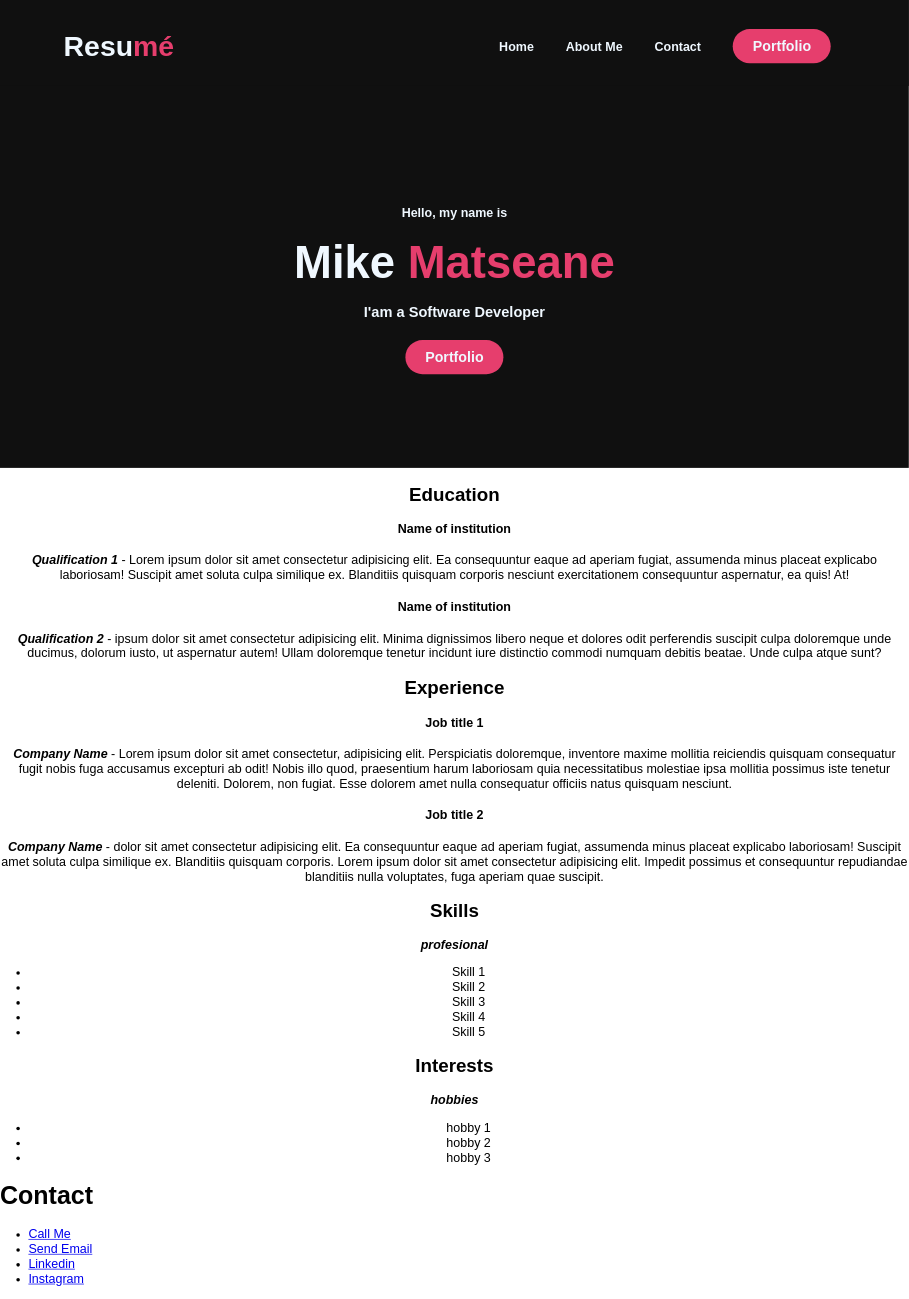
Repository: mikempho/Resume1
Page: resume1.html
The author's editor kept a copy of each file at every save. The page is drawn from the files as they stood at one save, then again after the next save.
The browser window is 1280 px wide. The pictures show the whole page, at 71% of full size.

Above is the page before, as saved 2022-03-29 10:25:57.

### resume1.html
<html lang="en">
<head>
    <meta charset="UTF-8">
    <meta http-equiv="X-UA-Compatible" content="IE=edge">
    <meta name="viewport" content="width=device-width, initial-scale=1.0">
    <link rel="stylesheet" href="./css/stylesheet.css">
    <title>Mike Matseane</title>
</head>
<body>

    <section>

        <div class="hero">
            <!-- Navigation Bar -->
            <nav class="navbar">
                <h2 class="resume-logo">Resu<span>mé</span></h2>
                <ul>
                    <li><a href="resume1.html">Home</a></li>
                    <li><a href="#education">About Me</a></li>
                    <li><a href="#contact-info">Contact</a></li>
                    <li><a href="#"><span class="call-to-action">Portfolio</span></a></li>
                </ul>
            </nav>

            <div class="intro">
                <!-- <img src="" alt="Profile-Img"> -->
                <h4>Hello, my name is </h4>
                <h1 class="name">Mike <span>Matseane</span></h1>
                <h3>I'am a Software Developer</h3>
                <a href="#"><span class="call-to-action">Portfolio</span></a>
            </div>

        </div>

        <main>
            <!-- Education Section -->

            <div class="first-main-section">
                <div id="education">
                    <h2>Education</h2>
                    <div class="container">
                        <h4>Name of institution</h4>
                        <p><strong><em>Qualification 1</em></strong> - Lorem ipsum dolor sit amet consectetur adipisicing elit. Ea consequuntur eaque ad aperiam fugiat, assumenda minus placeat explicabo laboriosam! Suscipit amet soluta culpa similique ex. Blanditiis quisquam corporis nesciunt exercitationem consequuntur aspernatur, ea quis! At!</p>
                    </div>
                    <div class="container">
                        <h4>Name of institution</h4>
                        <p><strong><em>Qualification 2</em></strong> - ipsum dolor sit amet consectetur adipisicing elit. Minima dignissimos libero neque et dolores odit perferendis suscipit culpa doloremque unde ducimus, dolorum iusto, ut aspernatur autem! Ullam doloremque tenetur incidunt iure distinctio commodi numquam debitis beatae. Unde culpa atque sunt?</p>
                    </div>
                </div>

                <!-- Experience Section-->
                <div id="experience">
                    <h2>Experience</h2>
                    <div class="container">
                        <h4>Job title 1</h4>
                        <p><strong><em>Company Name</em></strong> - Lorem ipsum dolor sit amet consectetur, adipisicing elit. Perspiciatis doloremque, inventore maxime mollitia reiciendis quisquam consequatur fugit nobis fuga accusamus excepturi ab odit! Nobis illo quod, praesentium harum laboriosam quia necessitatibus molestiae ipsa mollitia possimus iste tenetur deleniti. Dolorem, non fugiat. Esse dolorem amet nulla consequatur officiis natus quisquam nesciunt.</p>
                    </div>
                    <div class="container">
                        <h4>Job title 2</h4>
                        <p><strong><em>Company Name</em></strong> - dolor sit amet consectetur adipisicing elit. Ea consequuntur eaque ad aperiam fugiat, assumenda minus placeat explicabo laboriosam! Suscipit amet soluta culpa similique ex. Blanditiis quisquam corporis. Lorem ipsum dolor sit amet consectetur adipisicing elit. Impedit possimus et consequuntur repudiandae blanditiis nulla voluptates, fuga aperiam quae suscipit.</p>
                    </div>
                </div>
            </div>
            <!-- Skills Section -->
            <div id="skills">
                <h2>Skills</h2>
                <div>
                    <p><strong><em>profesional</em></strong></p>
                    <ul>
                        <li>Skill 1</li>
                        <li>Skill 2</li>
                        <li>Skill 3</li>
                        <li>Skill 4</li>
                        <li>Skill 5</li>
                    </ul>
                </div>
            </div>
            <div id="interests">
                <h2>Interests</h2>
                <div>
                    <p><strong><em>hobbies</em></strong></p>
                    <ul>
                        <li>hobby 1</li>
                        <li>hobby 2</li>
                        <li>hobby 3</li>
                    </ul>
                </div>
            </div>
        </main>
    </section>


    <!-- Footer Section -->
    <footer>
        <div id="contact-info">
            <h1>Contact</h1>
            <ul>
                <!-- target(_blank) = New Tab -->
                <!-- Call Me -->
                <li><a href="tel:0681454887" target="_blank">Call Me</a></li>

                <!-- Send Email -->
                <li><a href="mailto:mikempho03@gmail.com" target="_blank">Send Email</a></li>

                <!-- Linkedin (Socials) -->
                <li><a href="https://www.linkedin.com/feed/" target="_blank">Linkedin</a></li>

                <!-- Instagram -->
                <li><a href="https://www.instagram.com/mike_mx.sa/tagged/" target="_blank">Instagram</a></li>
            </ul>
        </div>

    </footer>
</body>
</html>

### css/stylesheet.css
body{
  font-family:Arial, Helvetica, sans-serif;
  font-size:110%;
  margin: 0;
}

/* Hero Section */

.hero {
  background-color: #101010;
  color: aliceblue;
  text-align: center;
}

span {
  color: E63E6D;
}

.resume-logo {
  font-size: 2.5rem;
  cursor: pointer;
}
.navbar {
  /* position: fixed; */
  display: flex;
  align-items: center;
  justify-content: space-between;
  padding-top: 10px;
  padding-left:7%;
  padding-right:7%;
  background-color: #101010;
  /* width: 100%; */
}

nav ul li{
  list-style: none;
  display: inline;
  padding: 0 20px;
  font-weight: 600;
  font-size:1.1rem;
}

nav ul li a {
  text-decoration: none;
  color: aliceblue;
}

.call-to-action {
  padding: 10px 25px;
  color: aliceblue;
  font-size: 20px;
  border: solid transparent;
  background-color:E63E6D;
  border-radius: 80px;
}

nav ul li a:hover {
  color: E63E6D;
  transition: 0.7s;
}

.call-to-action:hover {
  background-color: #101010;
  border-color: white;
  transition: 0.5s;
}

.intro {
  padding: 9rem 0;
}

.name {
  font-size: 4rem;
  margin: 0;
}

.intro a{
  text-decoration: none;
  font-weight: 600;
}

.intro h3 {
  margin-bottom: 40px;
}

/* Main Section  */

main {
  text-align: center;
}

.first-main-section

After the next save:
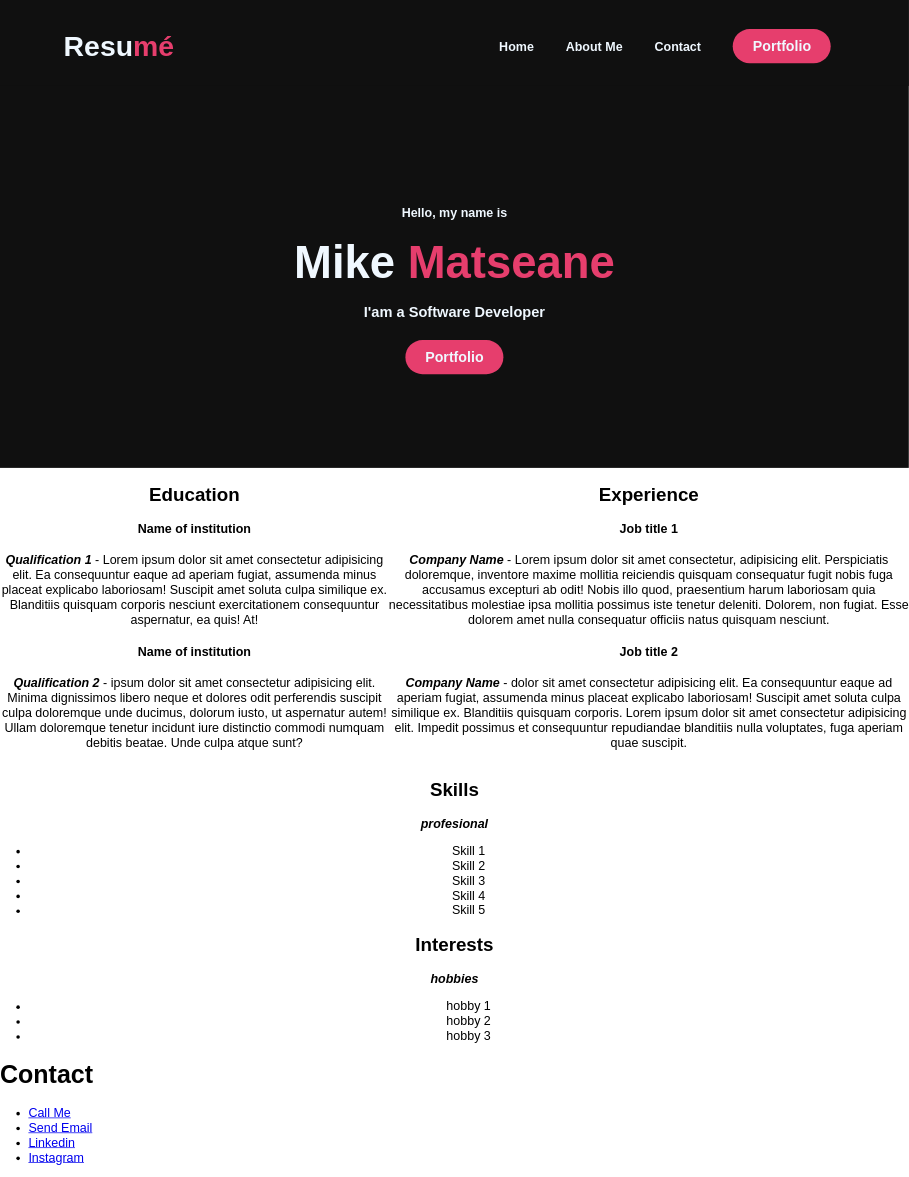
Saved 20 s later.
--- a/css/stylesheet.css
+++ b/css/stylesheet.css
@@ -89,4 +89,7 @@ main {
   text-align: center;
 }
 
-.first-main-section
+.first-main-section {
+  display: flex;
+  justify-content: center;
+}

After the save that followed:
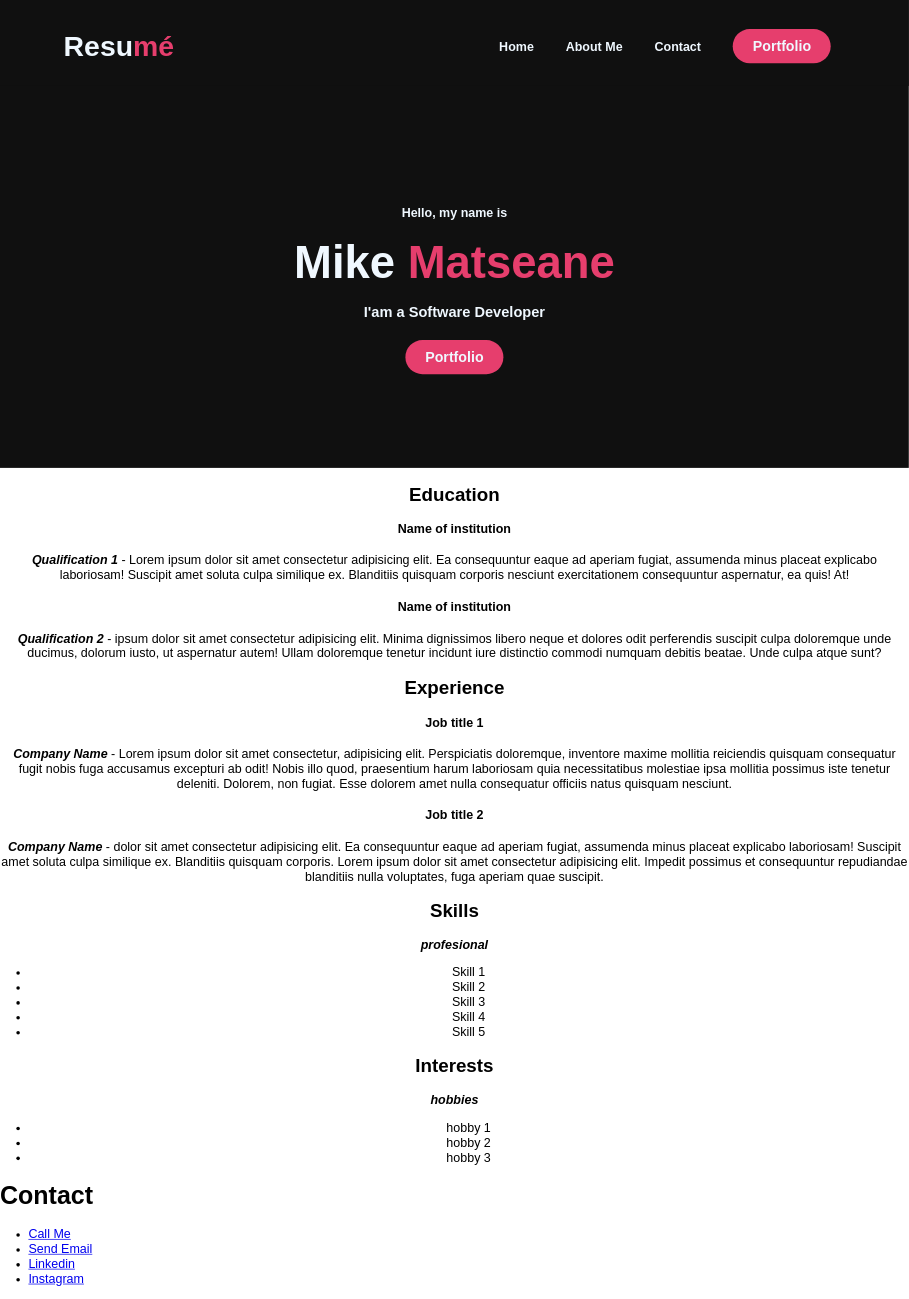
Saved 109 s later.
--- a/resume1.html
+++ b/resume1.html
@@ -35,9 +35,9 @@
         <main>
             <!-- Education Section -->
 
-            <div class="first-main-section">
-                <div id="education">
-                    <h2>Education</h2>
+            <div id="education">
+                <h2>Education</h2>
+                <div class="content">
                     <div class="container">
                         <h4>Name of institution</h4>
                         <p><strong><em>Qualification 1</em></strong> - Lorem ipsum dolor sit amet consectetur adipisicing elit. Ea consequuntur eaque ad aperiam fugiat, assumenda minus placeat explicabo laboriosam! Suscipit amet soluta culpa similique ex. Blanditiis quisquam corporis nesciunt exercitationem consequuntur aspernatur, ea quis! At!</p>
@@ -47,20 +47,21 @@
                         <p><strong><em>Qualification 2</em></strong> - ipsum dolor sit amet consectetur adipisicing elit. Minima dignissimos libero neque et dolores odit perferendis suscipit culpa doloremque unde ducimus, dolorum iusto, ut aspernatur autem! Ullam doloremque tenetur incidunt iure distinctio commodi numquam debitis beatae. Unde culpa atque sunt?</p>
                     </div>
                 </div>
+            </div>
 
-                <!-- Experience Section-->
-                <div id="experience">
-                    <h2>Experience</h2>
-                    <div class="container">
-                        <h4>Job title 1</h4>
-                        <p><strong><em>Company Name</em></strong> - Lorem ipsum dolor sit amet consectetur, adipisicing elit. Perspiciatis doloremque, inventore maxime mollitia reiciendis quisquam consequatur fugit nobis fuga accusamus excepturi ab odit! Nobis illo quod, praesentium harum laboriosam quia necessitatibus molestiae ipsa mollitia possimus iste tenetur deleniti. Dolorem, non fugiat. Esse dolorem amet nulla consequatur officiis natus quisquam nesciunt.</p>
-                    </div>
-                    <div class="container">
-                        <h4>Job title 2</h4>
-                        <p><strong><em>Company Name</em></strong> - dolor sit amet consectetur adipisicing elit. Ea consequuntur eaque ad aperiam fugiat, assumenda minus placeat explicabo laboriosam! Suscipit amet soluta culpa similique ex. Blanditiis quisquam corporis. Lorem ipsum dolor sit amet consectetur adipisicing elit. Impedit possimus et consequuntur repudiandae blanditiis nulla voluptates, fuga aperiam quae suscipit.</p>
-                    </div>
+            <!-- Experience Section-->
+            <div id="experience">
+                <h2>Experience</h2>
+                <div class="container">
+                    <h4>Job title 1</h4>
+                    <p><strong><em>Company Name</em></strong> - Lorem ipsum dolor sit amet consectetur, adipisicing elit. Perspiciatis doloremque, inventore maxime mollitia reiciendis quisquam consequatur fugit nobis fuga accusamus excepturi ab odit! Nobis illo quod, praesentium harum laboriosam quia necessitatibus molestiae ipsa mollitia possimus iste tenetur deleniti. Dolorem, non fugiat. Esse dolorem amet nulla consequatur officiis natus quisquam nesciunt.</p>
+                </div>
+                <div class="container">
+                    <h4>Job title 2</h4>
+                    <p><strong><em>Company Name</em></strong> - dolor sit amet consectetur adipisicing elit. Ea consequuntur eaque ad aperiam fugiat, assumenda minus placeat explicabo laboriosam! Suscipit amet soluta culpa similique ex. Blanditiis quisquam corporis. Lorem ipsum dolor sit amet consectetur adipisicing elit. Impedit possimus et consequuntur repudiandae blanditiis nulla voluptates, fuga aperiam quae suscipit.</p>
                 </div>
             </div>
+
             <!-- Skills Section -->
             <div id="skills">
                 <h2>Skills</h2>
